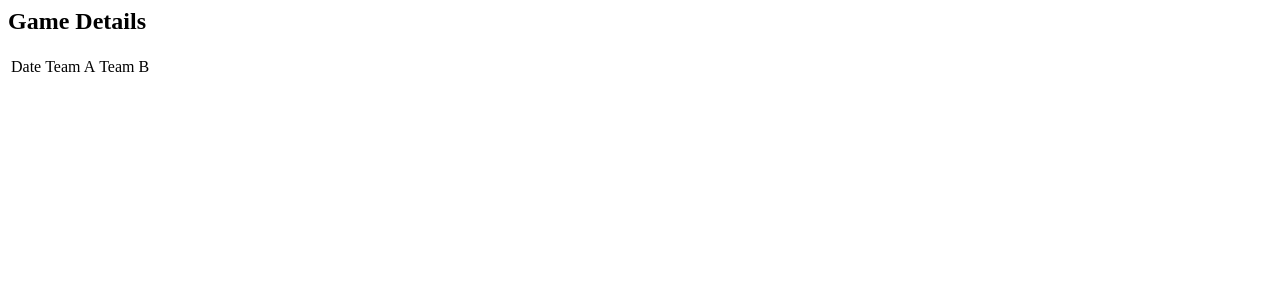
Repository: umng/Learn-to-Program
Page: http://localhost/Game_Details_By_Venue/index2.jsp
An editor plug-in stored every save of this project. The page is shown before and after the next save, followed by the edit.
The browser window is 1280 px wide. The pictures show the whole page.
The page is served by Tomcat 9.

Above is the page before, as saved 2017-03-01 10:27:53.

After the next save:
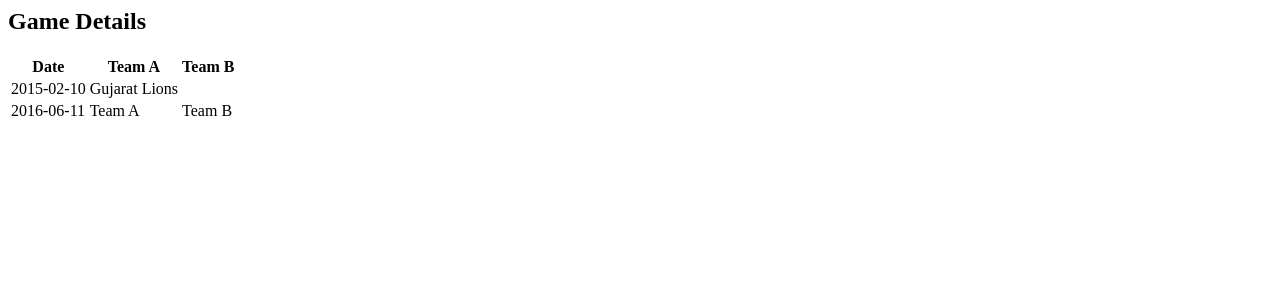
Saved 54 s later.
--- a/Java/CTS_SFDC/workspace/Game Details By Venue/WebContent/index2.jsp
+++ b/Java/CTS_SFDC/workspace/Game Details By Venue/WebContent/index2.jsp
@@ -4,7 +4,17 @@
 			<h2>Game Details</h2>
 			<table>
 				<tr>
-					<td>Date</td>
+					<th>Date</th>
+					<th>Team A</th>
+					<th>Team B</th>
+				</tr>
+				<tr>
+					<td>2015-02-10</td>
+					<td>Gujarat Lions</td>
+					<td></td>
+				</tr>
+				<tr>
+					<td>2016-06-11</td>
 					<td>Team A</td>
 					<td>Team B</td>
 				</tr>
